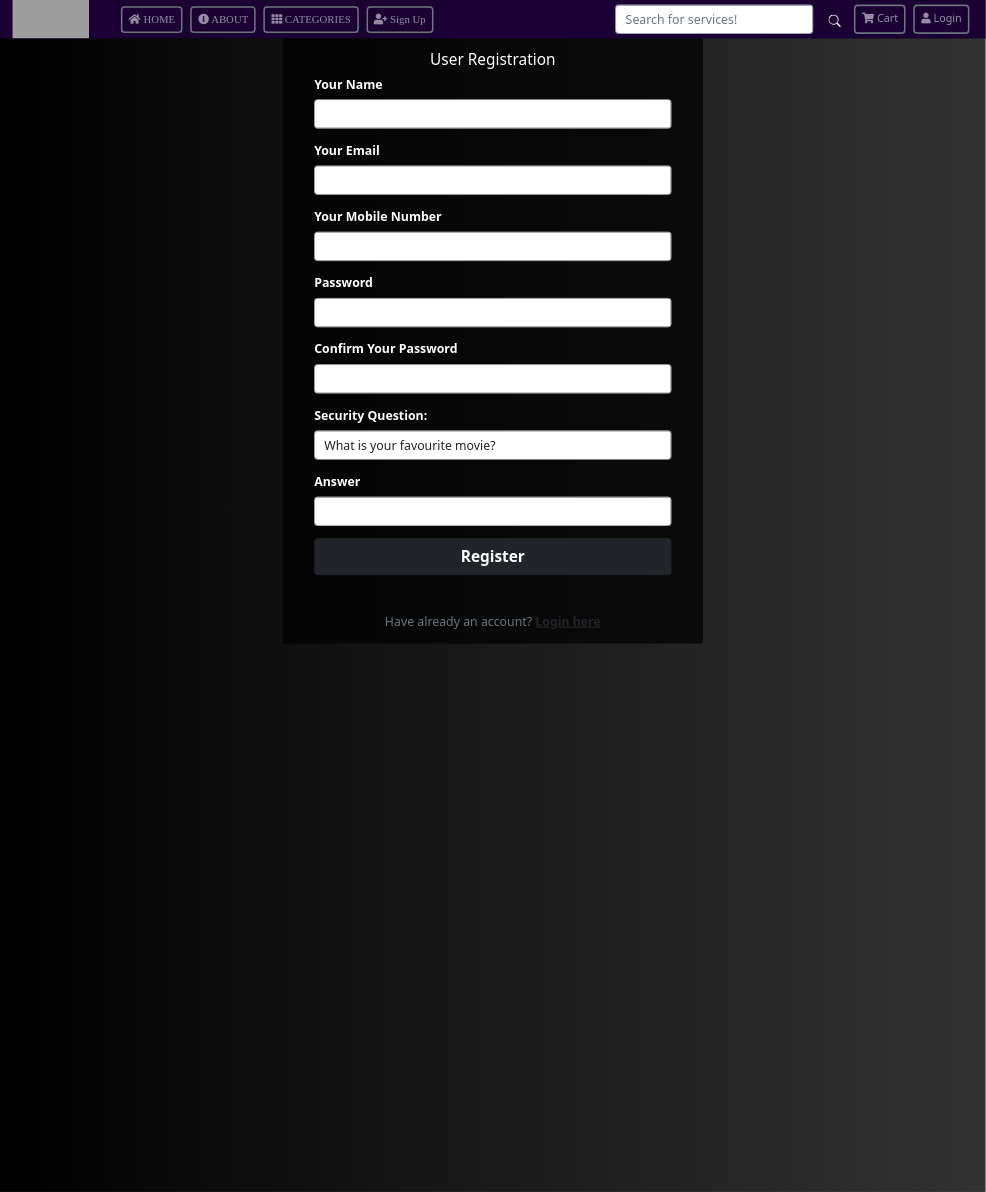
Repository: Ishanibmk/MOVIOT---An-OTT-Platform-using-Java-and-Springboot
Page: http://localhost/OTT/WEB-INF/view/signup.jsp
An editor plug-in stored every save of this project. The page is shown before and after the next save, followed by the edit.
The browser window is 1280 px wide. The pictures show the whole page, at 77% of full size.
Pictures or frames that could not be fetched are drawn as grey boxes. Some web libraries are served in a nearby version. The page is served by Tomcat 9. Nobody is signed in. Other server files are loaded and not shown. The template is opened directly, without the code that normally fills it, so the values that code supplies are empty.

Above is the page before, as saved 2024-03-02 14:38:41.

### Moviot/MOVIOT-main/ott/OTT/src/main/webapp/WEB-INF/view/signup.jsp
<%@ page language="java" contentType="text/html; charset=ISO-8859-1"
    pageEncoding="ISO-8859-1"%>
<jsp:include page="index_header.jsp" />
<!DOCTYPE html>
<html lang="en">
<head>
    <meta charset="UTF-8">
    <meta name="viewport" content="width=device-width, initial-scale=1.0">
    <title>Login</title>
    <!-- Bootstrap CSS link -->
    <link href="https://stackpath.bootstrapcdn.com/bootstrap/5.1.3/css/bootstrap.min.css" rel="stylesheet">
    <style>
        body {
            background: linear-gradient(to right, #000000, #333333); /* Gradient background */
            color: #fff; /* Text color */
        }

        .card {
            background-color: rgba(0, 0, 0, 0.7); /* Transparent black background for the card */
        }
    </style>
</head>
<body>

<div class="container mt-5">
    <div class="row justify-content-center">
        <div class="col-md-6">
            <div class="card">
                <div class="card-body">
                    <h5 class="card-title text-center">User Registration</h5>
                    <!-- Registration Form -->
                    <form action="regprocess" method="post" class="mx-1 mx-md-4">
                        <div class="mb-3">
                            <label for="validationDefault01" class="form-label"><b>Your Name</b></label>
                            <input type="text" id="validationDefault01" name="uname" class="form-control" required/>
                        </div>
                        <div class="mb-3">
                            <label class="form-label" for="form3Example3c"><b>Your Email</b></label>
                            <input type="email" id="form3Example3c" name="uemail" class="form-control"/>
                        </div>
                        <div class="mb-3">
                            <label class="form-label" for="form3Example3c"><b>Your Mobile Number</b></label>
                            <input type="tel" id="form3Example3c" name="uphno" class="form-control"/>
                        </div>
                        <div class="mb-3">
                            <label class="form-label" for="form3Example4c"><b>Password</b></label>
                            <input type="password" id="form3Example4c" name="upass" class="form-control"/>
                        </div>
                        <div class="mb-3">
                            <label class="form-label" for="form3Example4cd"><b>Confirm Your Password</b></label>
                            <input type="password" id="form3Example4cd" name="conpass" class="form-control"/>
                        </div>
                        <div class="mb-3">
                            <label class="form-label" for="form3Example4cd"><b>Security Question:</b></label>
                            <select name="SecurityQuestion" class="backup form-control" required>
                                <option value="What was the name of your childhood friend?">What is your favourite movie?</option>
                                <option value="What was the name of your first car?">Which movie makes you cry?</option>
                                <option value="What is your favourate food?">What movie makes you feel good?</option>
                            </select>
                        </div>
                        <div class="mb-3">
                            <label class="form-label" for="form3Example4cd"><b>Answer</b></label>
                            <input type="text" id="form3Example4cd" name="uans" class="form-control"/>
                        </div>
                        <div class="d-grid gap-2">
                            <button type="submit" class="btn btn-dark btn-lg"><b>Register</b></button>
                        </div>
                    </form>
                    <!-- End of Registration Form -->
                    <p class="text-center text-muted mt-5 mb-0">Have already an account? <a href='login.jsp' class="fw-bold text-body"><u>Login here</u></a></p>
                </div>
            </div>
        </div>
    </div>
</div>

<!-- Bootstrap Bundle with Popper -->
<script src="https://stackpath.bootstrapcdn.com/bootstrap/5.1.3/js/bootstrap.bundle.min.js"></script>

</body>
</html>

### Moviot/MOVIOT-main/ott/OTT/src/main/webapp/WEB-INF/view/index_header.jsp
<!DOCTYPE html>
<html lang="en">
<head>
  <title>OTT PLATFORM</title>
  <meta charset="utf-8">
  <meta name="viewport" content="width=device-width, initial-scale=1">
  <link rel="stylesheet" href="https://maxcdn.bootstrapcdn.com/bootstrap/4.0.0-beta.2/css/bootstrap.min.css">
  <script src="https://ajax.googleapis.com/ajax/libs/jquery/3.2.1/jquery.min.js"></script>
  <script src="https://cdnjs.cloudflare.com/ajax/libs/popper.js/1.12.6/umd/popper.min.js"></script>
  <script src="https://maxcdn.bootstrapcdn.com/bootstrap/4.0.0-beta.2/js/bootstrap.min.js"></script>
  <!-- Add Font Awesome CDN -->
  <link rel="stylesheet" href="https://cdnjs.cloudflare.com/ajax/libs/font-awesome/5.15.4/css/all.min.css">
  <style>
    /* Custom CSS for navbar styling */
    .navbar {
      background-color: hsl(270, 100%, 10%); /* Dark background color */
      height: 50px; /* Adjust the height as needed */
    }
    .navbar-brand img {
      margin-right: 20px; /* Adjust as needed */
    }
    .navbar-nav .nav-item {
      border: 2px solid #6c757d; /* Gray border */
      border-radius: 5px;
      margin: 0 5px;
    }
    .navbar-nav .nav-link {
      padding: 5px 10px; /* Adjust padding */
      font-size: 14px; /* Adjust font size */
      color: #fff; /* White text color */
    }
    .navbar-nav .nav-item:hover .nav-link {
      background-color: black; /* Gray background color */
    }
    .navbar-nav .form-control {
      margin-right: 10px; /* Adjust as needed */
    }
    .navbar-nav .btn-outline-light {
      color: #fff; /* White text color */
    }
  </style>
</head>
<body style="height:1500px">
<nav class="navbar navbar-expand-sm navbar-dark fixed-top">
  <a class="navbar-brand" href="#"><img src="https://static.vecteezy.com/system/resources/previews/002/700/780/original/neon-cinema-film-in-purple-and-violet-color-illustration-of-cinema-film-with-play-icon-consisting-of-neon-outlines-with-backlight-on-the-dark-brick-wall-background-vector.jpg" width="100" height="50"> </a>
  <ul class="navbar-nav mr-auto">
    <li class="nav-item">
      <a class="nav-link" href="index" style="font-family: Nunito;"><i class="fas fa-home"></i> HOME</a>
    </li>
    <li class="nav-item">
      <a class="nav-link" href="about" style="font-family: Nunito;"><i class="fas fa-info-circle"></i> ABOUT</a>
    </li>
    <li class="nav-item">
      <a class="nav-link" href="catagory" style="font-family: Nunito;"><i class="fas fa-th"></i> CATEGORIES</a>
    </li>
    <li class="nav-item">
      <a class="nav-link" href="signup" style="font-family: Nunito;"><i class="fas fa-user-plus"></i> Sign Up</a>
    </li>
  </ul>
  <ul class="navbar-nav ml-auto">
    <form class="form-inline my-2 my-lg-0">
      <input class="form-control mr-sm-2" type="search" placeholder="Search for services!" aria-label="Search">
      <button class="btn btn-outline-light my-2 my-sm-0" type="submit" style="border: none;">
        <svg xmlns="http://www.w3.org/2000/svg" width="16" height="16" fill="currentColor" class="bi bi-search" viewBox="0 0 16 16">
          <path d="M11.742 10.344a6.5 6.5 0 1 0-1.397 1.398h-.001c.03.04.062.078.098.115l3.85 3.85a1 1 0 0 0 1.415-1.414l-3.85-3.85a1.007 1.007 0 0 0-.115-.1zM12 6.5a5.5 5.5 0 1 1-11 0 5.5 5.5 0 0 1 11 0z"/>
        </svg>
      </button>
    </form>
    <li class="nav-item">
      <a class="nav-link" href="#"><i class="fas fa-shopping-cart"></i> Cart</a>
    </li>
    <li class="nav-item">
      <a class="nav-link" href="#"><i class="fas fa-user"></i> Login</a>
    </li>
  </ul>
</nav>
</body>
</html>

After the next save:
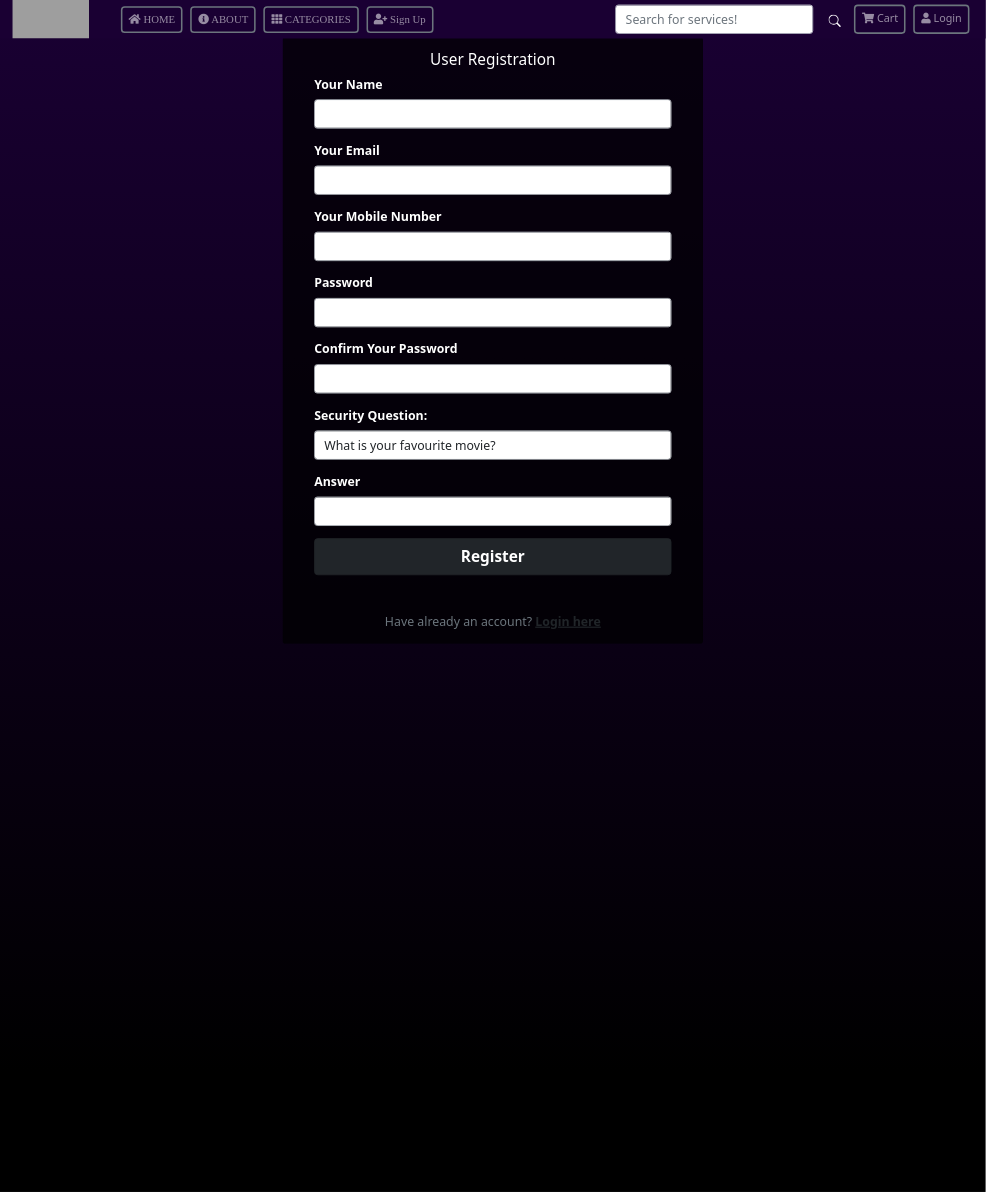
Saved 42 s later.
--- a/Moviot/MOVIOT-main/ott/OTT/src/main/webapp/WEB-INF/view/signup.jsp
+++ b/Moviot/MOVIOT-main/ott/OTT/src/main/webapp/WEB-INF/view/signup.jsp
@@ -11,7 +11,7 @@
     <link href="https://stackpath.bootstrapcdn.com/bootstrap/5.1.3/css/bootstrap.min.css" rel="stylesheet">
     <style>
         body {
-            background: linear-gradient(to right, #000000, #333333); /* Gradient background */
+            background:linear-gradient(to bottom, hsl(270, 100%, 10%), black 90%); /* Gradient background */
             color: #fff; /* Text color */
         }
 
